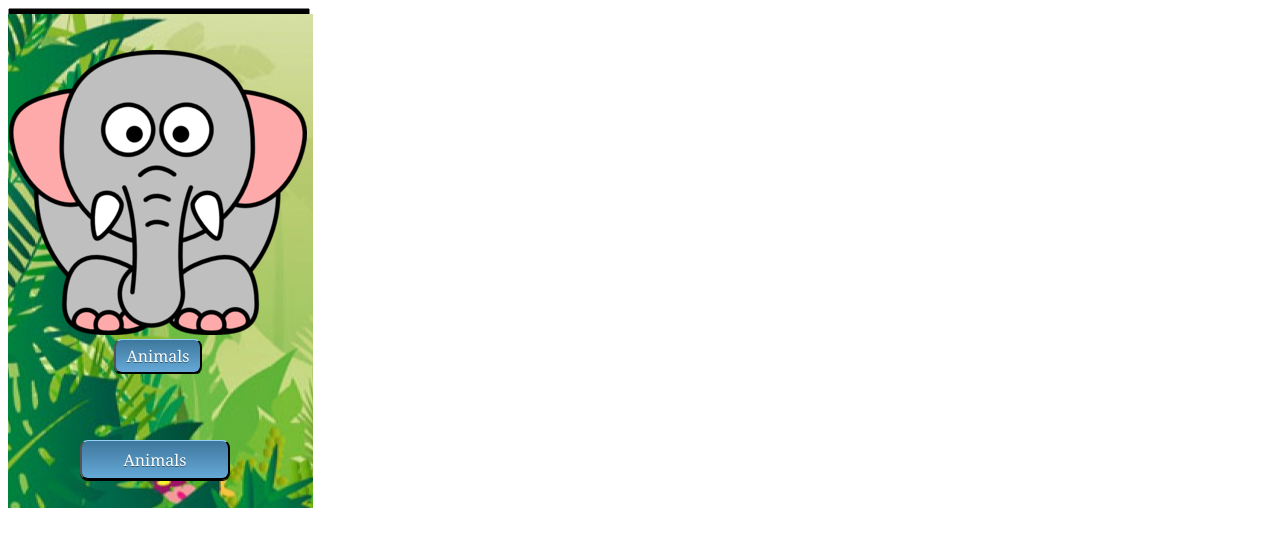
Repository: RathipriyaChandrasekaran/dotlite
Page: ConnectDots/menupage.html
These files come from the project's save history. The page is drawn as it stood at one moment and after the next save; the edit follows.
The browser window is 1280 px wide. The pictures show the whole page.

Above is the page before, as saved 2014-12-14 02:57:47.

### ConnectDots/menupage.html
<!DOCTYPE html>
<html>
<head>
     <meta charset="utf-8" />
     <meta name="viewport" content="width=device-width, initial-scale=1.0, maximum-scale=1.0">
     <link rel="stylesheet" type="text/css" href="css/appstyle.css"/>
     <script src="js/main.js"></script>
</head>
<body>

 <div id="scroll" class="scope">

   <div id="filmstrip" class="filmstrip" style="width: 1500px;">
    <div id="animallearning">
     <img src="images/elephants.png"></img>
     <button class="button">Animals</button>
    </div>
    <div id="musiclearning">
     <img src="images/elephants.png"></img>
     <button class="button">Music</button>
    </div>
    <div id="">
     <img src="images/elephants.png"></img>
     <button class="button">Music</button>
    </div>

   </div>
 </div>
 <canvas id="canvas" width="305px" height="500px"></canvas>
  <button id="animals" class="button">Animals</button>


 <script>
 var points=new Array();
 var canvas = document.getElementById('canvas');
 var context = canvas.getContext('2d');
 var height = 490;
 var width = 300;

 context.beginPath();
 context.rect(1, 1, width, height);
 context.fill();
 context.lineWidth = 1;
 context.strokeStyle = 'black';
 context.stroke();

 function loadCanvas(dataURL, _cb) {

     // load image from data url
     var imageObj = new Image();
     imageObj.onload = function() {
         var imgWidth = this.width;
         var imgHeight = this.height;
         var posX = (width - imgWidth)/2;
         var posY = (height - imgHeight)/2;
         context.drawImage(this, -5, posY + 10);
         if (_cb) _cb();
     };

     imageObj.src = dataURL;
 }

loadCanvas("images/jungle.png", function() {

});




 </script>
</body>
</html>

### ConnectDots/css/appstyle.css
#backgroundimage{
	display: block;

    background-repeat: no-repeat ;
}

#play{
	position: absolute;
	top: 270px;
	left: 200px;
	width: 100px;
	height: 35px;
}

#pref{
	position : absolute;
	top: 320px;
	left: 200px;
	width: 100px;
	height: 30px;
}
#moregame{
	position : absolute;
	top: 360px;
	left: 200px;
	width: 100px;
	height: 30px;
}
#animals{
	position : absolute;
	top: 440px;
	left: 80px;
	width: 150px;
	height: 40px;
}
#fullversion{
	position : absolute;
	top: 400px;
	left: 200px;
	width: 100px;
	height: 30px;
}
.button {
   border-top: 1px solid #96d1f8;
   background: #D2691E;
   background: -webkit-gradient(linear, left top, left bottom, from(#3e779d), to(#65a9d7));
   background: -webkit-linear-gradient(top, #3e779d, #65a9d7);
   background: -moz-linear-gradient(top, #3e779d, #65a9d7);
   background: -ms-linear-gradient(top, #3e779d, #65a9d7);
   background: -o-linear-gradient(top, #3e779d, #65a9d7);
   padding: 5px 10px;
   -webkit-border-radius: 8px;
   -moz-border-radius: 8px;
   border-radius: 8px;
   -webkit-box-shadow: rgba(0,0,0,1) 0 1px 0;
   -moz-box-shadow: rgba(0,0,0,1) 0 1px 0;
   box-shadow: rgba(0,0,0,1) 0 1px 0;
   text-shadow: rgba(0,0,0,.4) 0 1px 0;
   color: white;
   font-size: 16px;
   font-family: Georgia, serif;
   text-decoration: bold;
   vertical-align: middle;
   }
.button:hover {
   border-top-color: #28597a;
   background: #28597a;
   color: #ccc;
   }
.button:active {
   border-top-color: #1b435e;
   background: #D2691E;
   }
   .smallbutton {
   border-top: 1px solid #96d1f8;
   background: #65a9d7;
   background: -webkit-gradient(linear, left top, left bottom, from(#3e779d), to(#65a9d7));
   background: -webkit-linear-gradient(top, #3e779d, #65a9d7);
   background: -moz-linear-gradient(top, #3e779d, #65a9d7);
   background: -ms-linear-gradient(top, #3e779d, #65a9d7);
   background: -o-linear-gradient(top, #3e779d, #65a9d7);
   padding: 5px 10px;
   -webkit-border-radius: 8px;
   -moz-border-radius: 8px;
   border-radius: 8px;
   -webkit-box-shadow: rgba(0,0,0,1) 0 1px 0;
   -moz-box-shadow: rgba(0,0,0,1) 0 1px 0;
   box-shadow: rgba(0,0,0,1) 0 1px 0;
   text-shadow: rgba(0,0,0,.4) 0 1px 0;
   color: white;
   font-size: 14px;
   font-family: Georgia, serif;
   text-decoration: none;
   vertical-align: middle;
   }
   .scope{
     position: absolute;
     top: 50px;
     width:300px;
     overflow-x:scroll;
     overflow-y:hidden;
   }

   #container {
    position: absolute;
    margin: 0px;
    padding: 0px;
    width: 100%;
    height: 100%;
    overflow: hidden;
}

.box {
    position: absolute;
    width: 50%;
    height: 300px;
    line-height: 300px;
    font-size: 50px;
    text-align: center;
    border: 2px solid black;
    left: 150%;
    top: 100px;
    margin-left: -25%;
}

#box1 {
    background-color: green;
    left: 50%;
}

#box2 {
    background-color: yellow;
}


/**/
.filmstrip>div {
  width:300px;
  display:inline-block;
  text-align:center;
}

### ConnectDots/js/main.js
var startTime;
var checkTime;

//Initialize function
var init = function () {
	// TODO:: Do your initialization job
	console.log("init() called");

	// add eventListener for tizenhwkey
	document.addEventListener('tizenhwkey', function(e) {
		if(e.keyName == "back") {
			try {
				tizen.application.getCurrentApplication().exit();
			} catch (error) {
				console.error("getCurrentApplication(): " + error.message);
			}
		}
	});
};
// window.onload can work without <body onload="">
window.onload = init;

function startTime() {
	var today = new Date();
	var h = today.getHours();

	var m = today.getMinutes();
	var s = today.getSeconds();
	m = checkTime(m);
	s = checkTime(s);
	document.getElementById('divbutton1').innerHTML="Current time: " + h + ":" + m + ":" + s;
	var t = setTimeout(startTime, 250);
}

function checkTime(i) {
	if (i < 10) {
		i="0" + i;
	}
	return i;
}

After the next save:
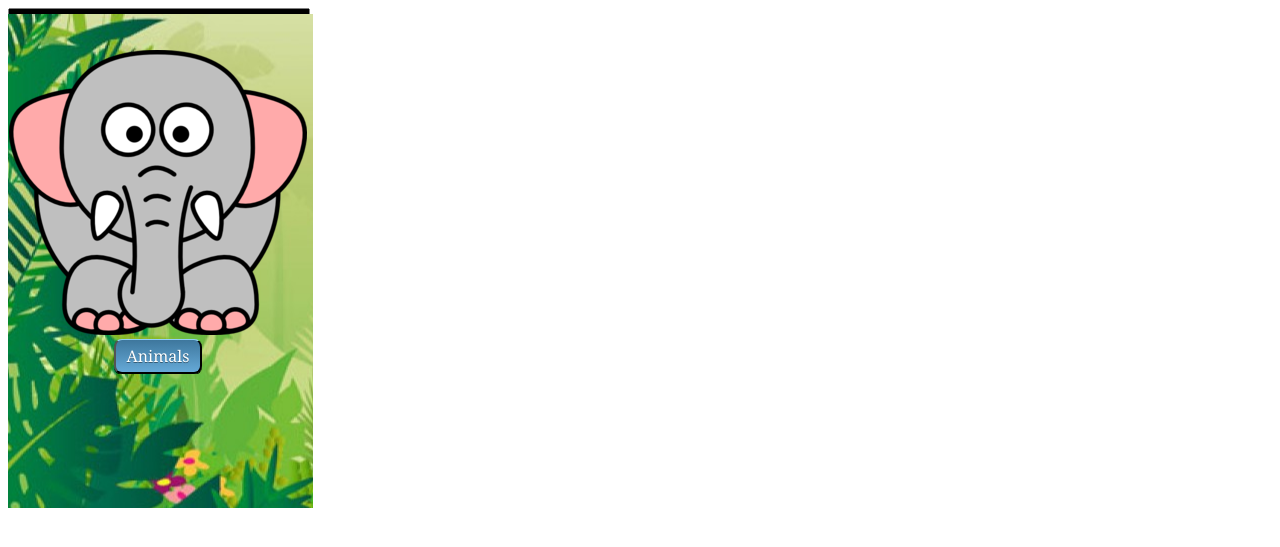
Saved 2 min 12 s later.
--- a/ConnectDots/menupage.html
+++ b/ConnectDots/menupage.html
@@ -19,15 +19,15 @@
      <img src="images/elephants.png"></img>
      <button class="button">Music</button>
     </div>
-    <div id="">
+    <div id="fruitslearning">
      <img src="images/elephants.png"></img>
-     <button class="button">Music</button>
+     <button class="button">Fruits</button>
     </div>
 
    </div>
  </div>
  <canvas id="canvas" width="305px" height="500px"></canvas>
-  <button id="animals" class="button">Animals</button>
+
 
 
  <script>
--- a/ConnectDots/css/appstyle.css
+++ b/ConnectDots/css/appstyle.css
@@ -101,36 +101,6 @@
      overflow-y:hidden;
    }
 
-   #container {
-    position: absolute;
-    margin: 0px;
-    padding: 0px;
-    width: 100%;
-    height: 100%;
-    overflow: hidden;
-}
-
-.box {
-    position: absolute;
-    width: 50%;
-    height: 300px;
-    line-height: 300px;
-    font-size: 50px;
-    text-align: center;
-    border: 2px solid black;
-    left: 150%;
-    top: 100px;
-    margin-left: -25%;
-}
-
-#box1 {
-    background-color: green;
-    left: 50%;
-}
-
-#box2 {
-    background-color: yellow;
-}
 
 
 /**/
